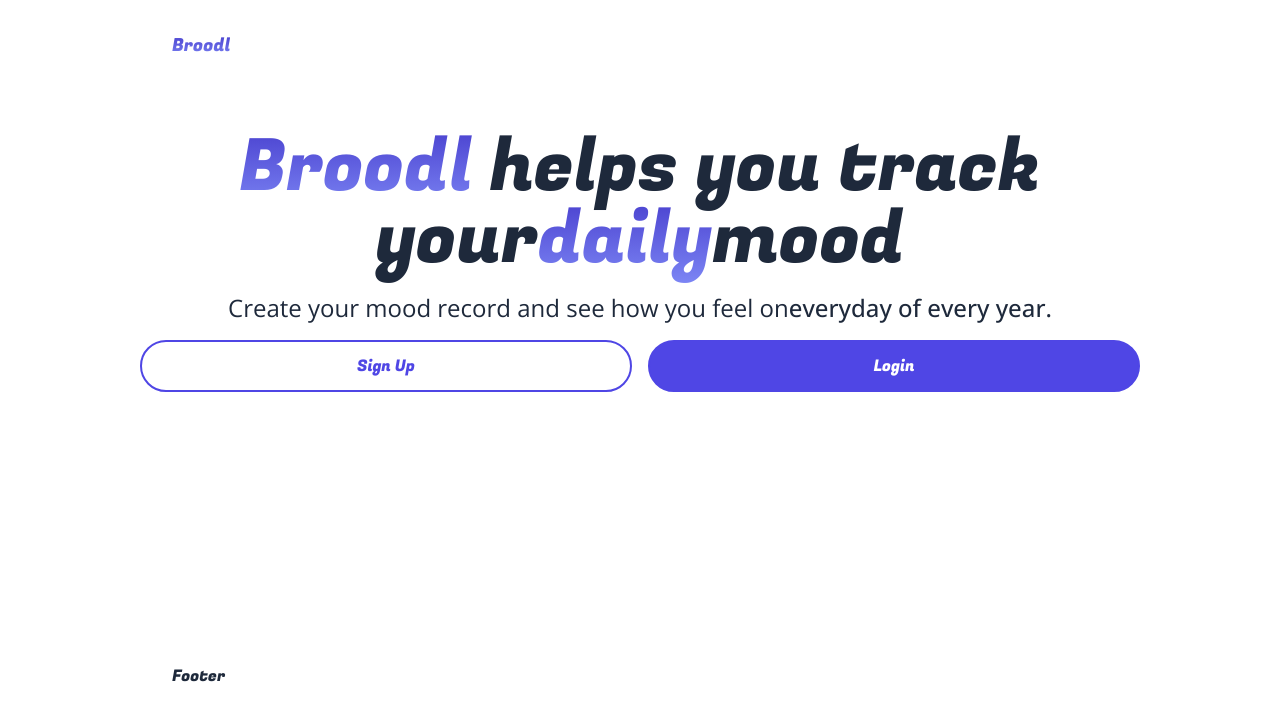
Repository: Nathan-spec/mood-app-next
Page: /
These files come from the project's save history. The page is drawn as it stood at one moment and after the next save; the edit follows.
The browser window is 1280 px wide. The pictures show the whole page.
The project was rebuilt for these pictures with package versions that can differ from the ones it lists, and the page was loaded fresh each time. The framework's server and built-in components were replaced by stand-ins that run in the browser. Also part of the build but not shown: next.config.mjs.

Above is the page before, as saved 2024-10-14 10:59:57.

### app/layout.js
import localFont from "next/font/local";
import { Fugaz_One, Open_Sans } from "next/font/google";
import "./globals.css";

const geistSans = localFont({
  src: "./fonts/GeistVF.woff",
  variable: "--font-geist-sans",
  weight: "100 900",
});
const geistMono = localFont({
  src: "./fonts/GeistMonoVF.woff",
  variable: "--font-geist-mono",
  weight: "100 900",
});

export const metadata = {
  title: "Broodl",
  description: "Track your daily mood everyday of the year",
};

const openSans = Open_Sans({ subsets:["latin"] });
const fugaz = Fugaz_One({ subsets: ["latin"], weight:['400'] });

export default function RootLayout({ children }) {

  const header = (
    <header className='p-4 sm:p-8 flex items-center justify-between gap-4'>
      <h1 className={'text-base sm:text-lg textGradient ' + fugaz.className}>Broodl</h1>
    </header>
  )

  const footer = (
    <footer className={'p-4 sm:p-8 ' + fugaz.className}>
        Footer
    </footer>
  )
  return (
    <html lang="en">
      <body
        className={`w-full, max-w-[1000px] mx-auto text-sm sm:text-base min-h-screen flex flex-col text-slate-800 ${openSans.className} antialiased`}
      >
        {header}
        {children}
        {footer}
      </body>
    </html>
  );
}

### app/page.js
import Hero from "@/components/Hero";
import Main from "@/components/main";

export default function HomePage() {
  return(
    <Main className="">
      <Hero/>

    </Main>
  )
}

### app/globals.css
@tailwind base;
@tailwind components;
@tailwind utilities;

.textGradient {
  background: -webkit-linear-gradient(#4338ca, #818cf8);
  -webkit-background-clip: text;
  -webkit-text-fill-color: transparent;
}

### components/Hero.js
import { Fugaz_One } from 'next/font/google';
import React from 'react'
import Button from './Button';

const fugaz = Fugaz_One({ subsets: ["latin"], weight: ['400']});

export default function Hero() {
  return (
    <div className='py-4 md:py-10 flex flex-col gap-4 sm:gap-4'>
        <h1
        className={'text-5xl sm:text-text-6xl md:text-7xl text-center ' + fugaz.className}>
            <span className='textGradient'>Broodl</span> helps you track your<span className='textGradient'>daily

            </span>mood</h1>
            <p className='text-lg sm:text-xl md:text-2xl text-center'>Create your mood record and see how you feel on
                <span className='font-medium'>everyday of every year.</span></p>
    <div className='grid grid-cols-2 gap-4 ' >
      <Button text="Sign Up"/>
      <Button text="Login" dark/>
    </div>
    </div>
  )
}

### components/main.js
import React from 'react'

export default function Main(props) {
    const { children } = props
  return (
        <main className='flex-1 flex flex-col'>
            {children}
        </main>
  )
}

### components/Button.js
import { Fugaz_One } from 'next/font/google';
import React from 'react'

const fugaz = Fugaz_One({ subsets: ["latin"], weight: ['400'] });

export default function Button(props) {
    const { text, dark, full, clickHandler } = props

    return (
        <button onClick={clickHandler} className={'rounded-full overflow-hidden duration-200 hover:opacity-60 border-2 border-solid border-indigo-600 ' + (dark ? ' text-white bg-indigo-600 ' : ' text-indigo-600 ') + (full ? ' grid place-items-center w-full ' : ' ')}>
            <p className={'px-6 sm:px-10 whitespace-nowrap py-2 sm:py-3 ' + fugaz.className}>{text}</p>
        </button>
    )
}

Loaded but not shown: tailwind.config.js (common file)

After the next save:
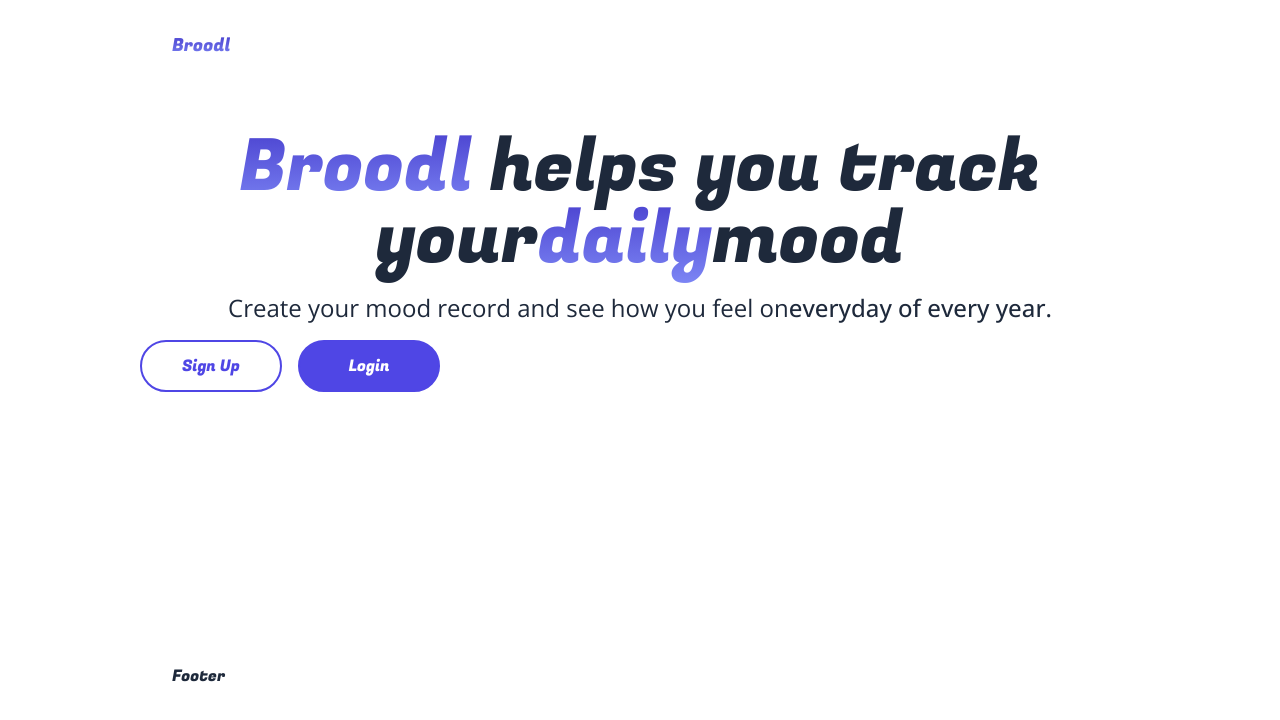
Saved 8 s later.
--- a/components/Hero.js
+++ b/components/Hero.js
@@ -14,7 +14,7 @@ export default function Hero() {
             </span>mood</h1>
             <p className='text-lg sm:text-xl md:text-2xl text-center'>Create your mood record and see how you feel on
                 <span className='font-medium'>everyday of every year.</span></p>
-    <div className='grid grid-cols-2 gap-4 ' >
+    <div className='grid grid-cols-2 gap-4 w-fit ' >
       <Button text="Sign Up"/>
       <Button text="Login" dark/>
     </div>
